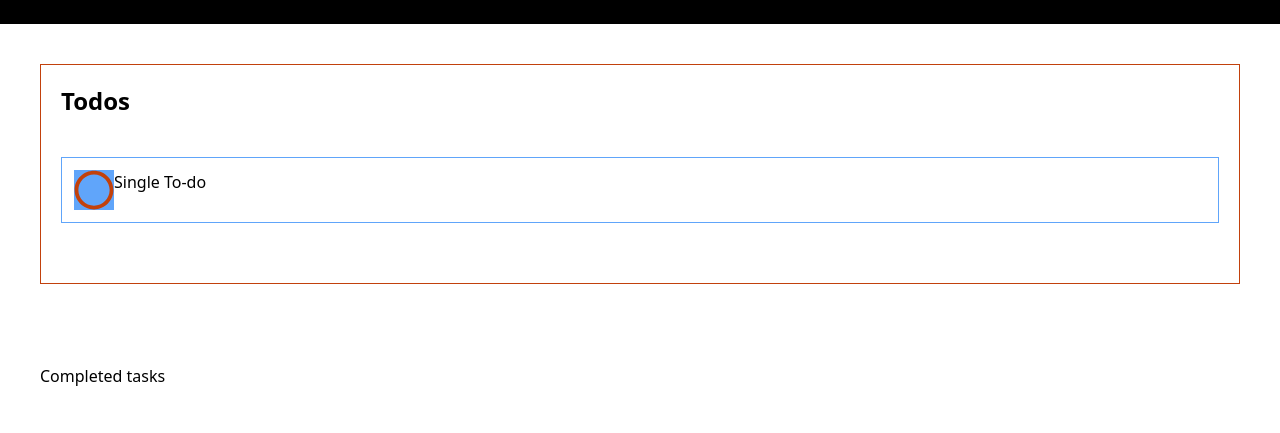
Repository: thekingisherenow/personalTodo
Page: /
These files come from the project's save history. The page is drawn as it stood at one moment and after the next save; the edit follows.
The browser window is 1280 px wide. The pictures show the whole page.
The project was rebuilt for these pictures with package versions that can differ from the ones it lists, and the page was loaded fresh each time. The framework's server and built-in components were replaced by stand-ins that run in the browser. Also part of the build but not shown: next.config.js, styles/Home.module.css.

Above is the page before, as saved 2022-12-15 16:02:02.

After the next save:
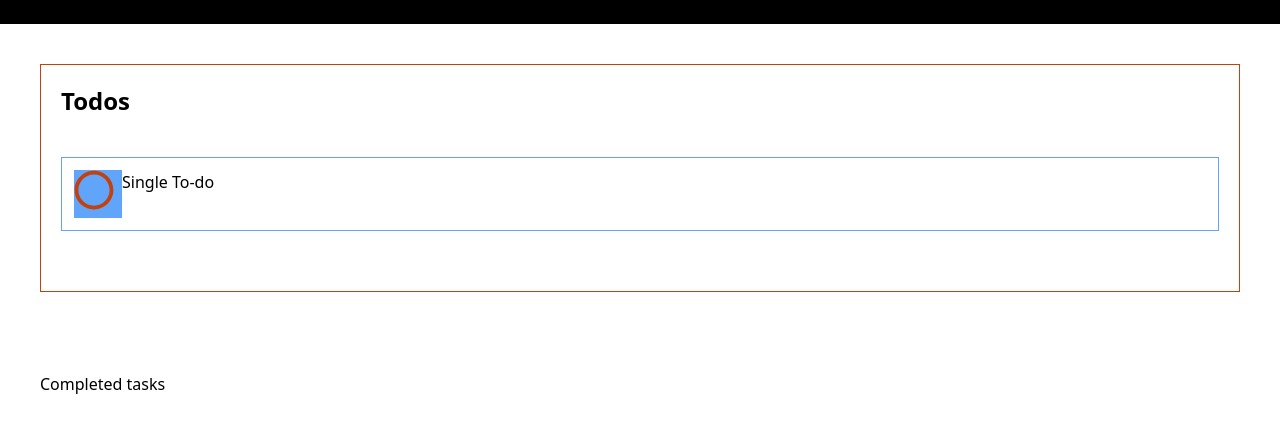
Saved 2 min 38 s later.
--- a/components/Todo.js
+++ b/components/Todo.js
@@ -8,7 +8,7 @@ function Todo() {
   return (
     <div className='border border-blue-400 p-3 my-10 flex'>
         <div
-         className='bg-blue-400 w-10 h-10' onMouseEnter={()=>setCheck(!check)}  onMouseLeave={()=>setCheck(!check)} >
+         className='bg-blue-400 w-12 h-12' onMouseEnter={()=>setCheck(!check)}  onMouseLeave={()=>setCheck(!check)} >
 
         { check?
 
